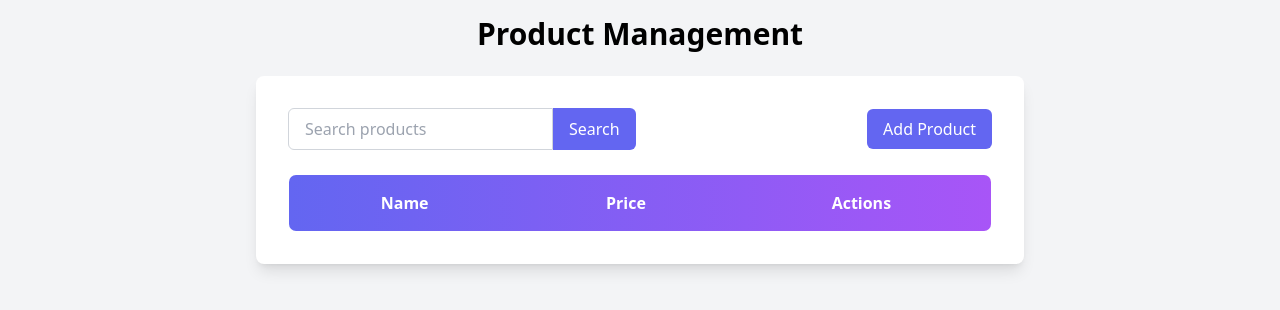
Repository: shaafsalman/product-Management-MERN
Page: /home (app in frontend/)
These files come from the project's save history. The page is drawn as it stood at one moment and after the next save; the edit follows.
The browser window is 1280 px wide. The pictures show the whole page.
The page's requests for data from a server got no answer. The project was rebuilt for these pictures with package versions that can differ from the ones it lists, and the page was loaded fresh each time. No one was signed in, and anything a server would have sent is missing. Also part of the build but not shown: frontend/vite.config.js, frontend/src/Cards/messageCard.jsx, frontend/src/Pages/Login.jsx, frontend/src/Pages/SighnUp.jsx, frontend/src/Pages/NoPage.jsx, frontend/src/Pages/AddProduct.jsx.

Above is the page before, as saved 2024-05-15 07:39:46.

After the next save:
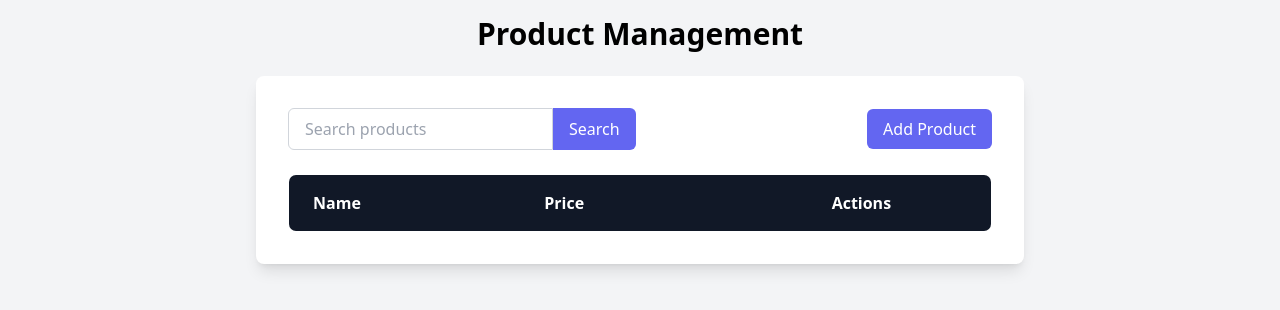
Saved 30 s later.
--- a/frontend/src/Pages/Home.jsx
+++ b/frontend/src/Pages/Home.jsx
@@ -108,18 +108,18 @@ const Home = () => {
         </div>
         <table className="w-full border-collapse border border-gray-300 rounded-lg overflow-hidden">
   <thead>
-    <tr className="bg-gradient-to-r from-indigo-500 to-purple-500 text-white">
-      <th className="px-6 py-4 text-center">Name</th>
-      <th className="px-6 py-4 text-center">Price</th>
+    <tr className="bg-gray-900 text-white">
+      <th className="px-6 py-4 text-left">Name</th>
+      <th className="px-6 py-4 text-left">Price</th>
       <th className="px-6 py-4 text-center">Actions</th>
     </tr>
   </thead>
   <tbody>
     {searchResults.map((product, index) => (
-      <tr key={index} className={(index % 2 === 0) ? "bg-gray-50" : "bg-white"}>
-        <td className="px-6 py-4 text-center text-gray-800">{product.name}</td>
-        <td className="px-6 py-4 text-center text-gray-800">{product.price}</td>
-        <td className="px-6 py-4 space-x-2 flex justify-center">
+      <tr key={index} className={(index % 2 === 0) ? "bg-gray-100" : "bg-gray-200"}>
+        <td className="px-6 py-4 text-left text-gray-900">{product.name}</td>
+        <td className="px-6 py-4 text-left text-gray-900">{product.price}</td>
+        <td className="px-6 py-4 flex justify-center space-x-4">
           <button
             onClick={() => handleUpdateProduct(product._id, { name: 'Updated Name', price: 0 })}
             className="px-4 py-2 bg-indigo-600 text-white rounded-md hover:bg-indigo-700 focus:outline-none focus:bg-indigo-700 transition duration-300"
@@ -128,7 +128,7 @@ const Home = () => {
           </button>
           <button
             onClick={() => handleDeleteProduct(product._id)}
-            className="px-4 py-2 bg-purple-600 text-white rounded-md hover:bg-purple-700 focus:outline-none focus:bg-purple-700 transition duration-300"
+            className="px-4 py-2 bg-red-600 text-white rounded-md hover:bg-red-700 focus:outline-none focus:bg-red-700 transition duration-300"
           >
             Delete
           </button>
@@ -137,6 +137,7 @@ const Home = () => {
     ))}
   </tbody>
 </table>
+
 
 
 
